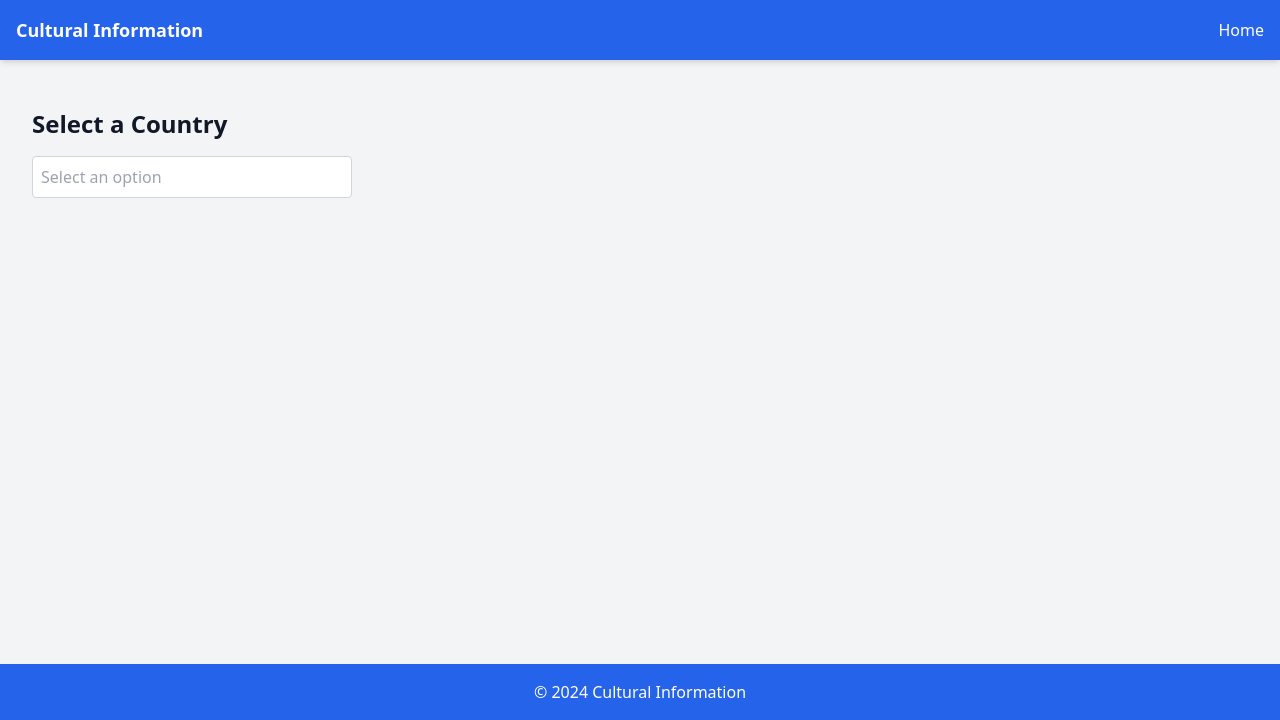
Repository: SmanSayeed/culture
Page: /
The author's editor kept a copy of each file at every save. The page is drawn from the files as they stood at one save, then again after a run of saves.
The browser window is 1280 px wide. The pictures show the whole page.
The project was rebuilt for these pictures with package versions that can differ from the ones it lists, and the page was loaded fresh each time. The framework's server and built-in components were replaced by stand-ins that run in the browser. Also part of the build but not shown: next.config.ts, vite.config.ts, src/components/Atoms/Table.tsx.

Above is the page before, as saved 2024-10-30 15:41:29.

After the next 2 saves:
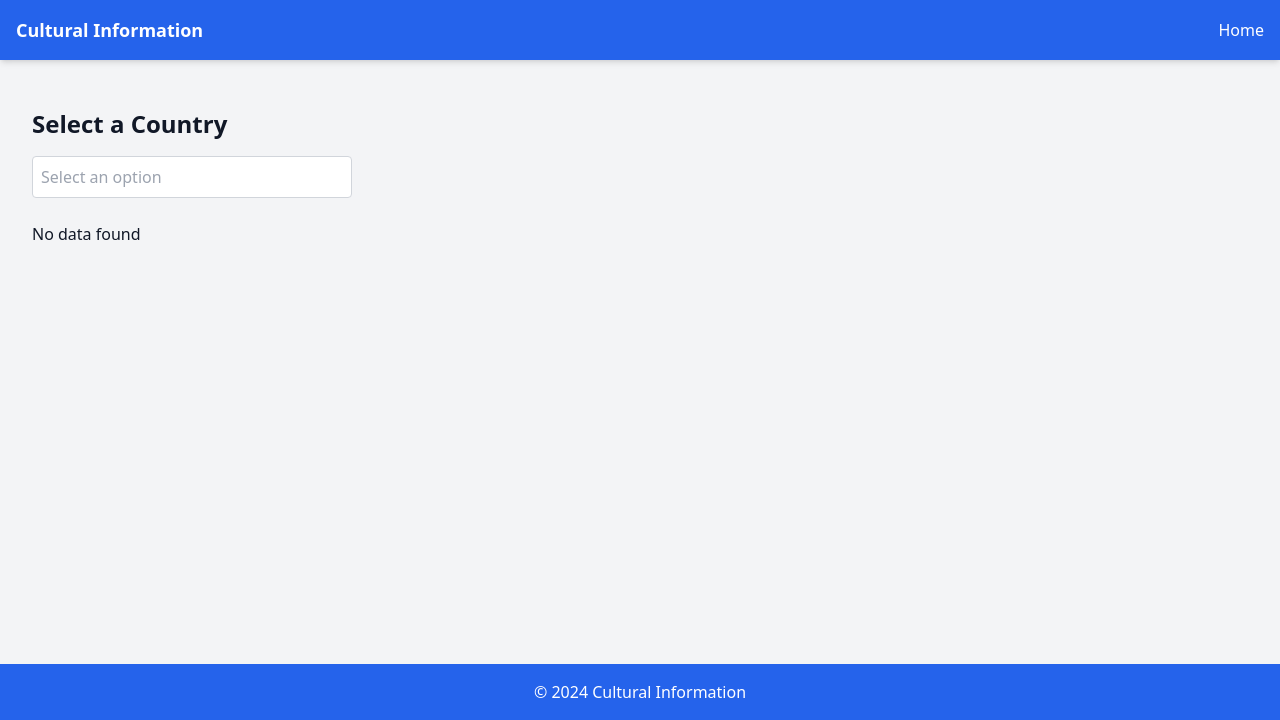
The 2 saves are shown as one change because 1 did not build or start.
The last was saved 27 s later.
--- a/src/components/Home/Home.tsx
+++ b/src/components/Home/Home.tsx
@@ -49,7 +49,9 @@ const Home: React.FC<Props> = () => {
               </h1>
               <Table data={culturesInfo} country={countryName} />
             </>
-          ) : null}
+          ) :
+          "No data found"
+          }
         </div>
       </div>
     </>
